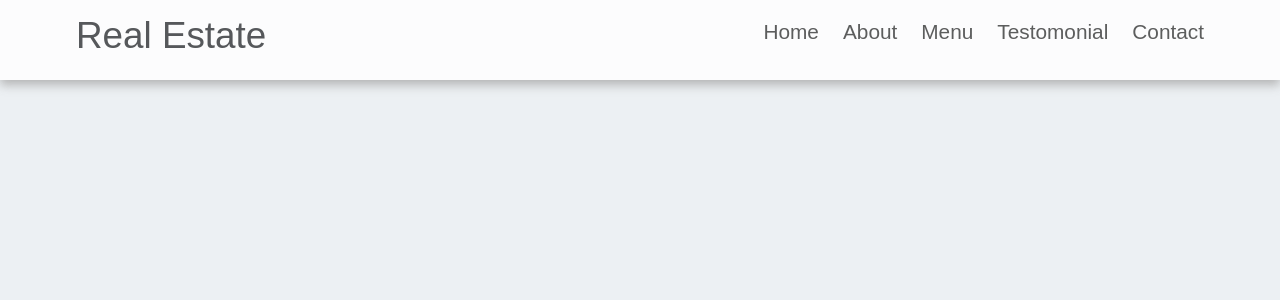
Repository: Sanjayjangra88/PortFolio
Page: /
An editor plug-in stored every save of this project. The page is shown before and after the next save, followed by the edit.
The browser window is 1280 px wide. The pictures show the whole page.
Some web libraries are served in a nearby version. The project was rebuilt for these pictures with package versions that can differ from the ones it lists, and the page was loaded fresh each time. Imported but missing from the stored project, and not drawn on this page: src/Components/Header/Navbar.

Above is the page before, as saved 2022-09-10 16:38:36.

After the next save:
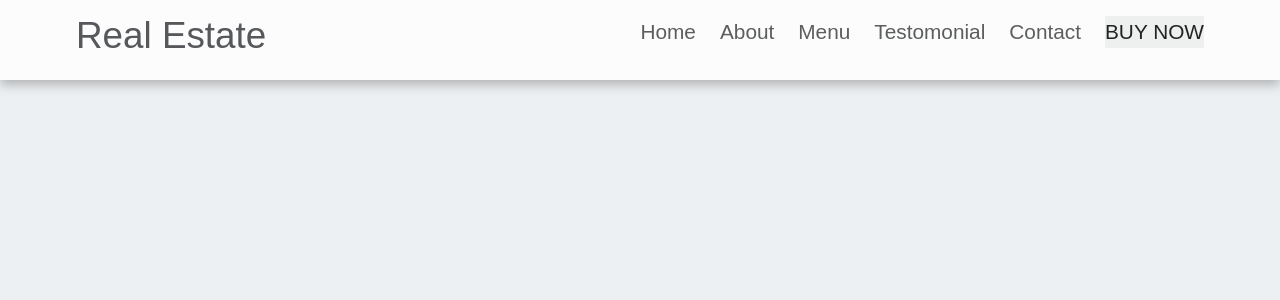
Saved 5 min 46 s later.
--- a/src/Components/Header/Header.jsx
+++ b/src/Components/Header/Header.jsx
@@ -59,6 +59,7 @@ return (
                 <li><a href='#'>Menu</a></li>
                 <li><a href='#'>Testomonial</a></li>
                 <li><a href='#'>Contact</a></li>
+                <li><button className='home-btn'>BUY NOW</button></li>
 
             </ul>
             <h1 className='logo'>Real Estate</h1>
